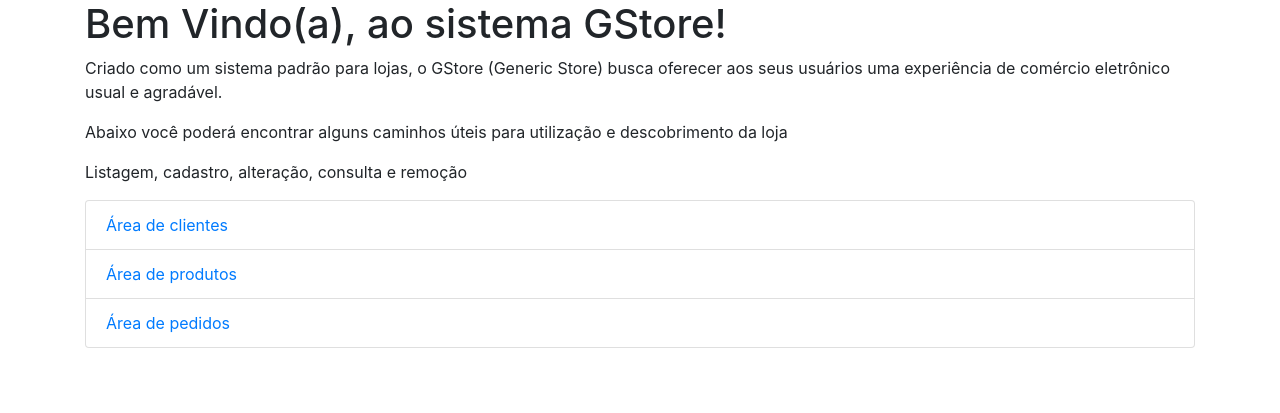
Repository: ElizeusRamos/gstore
Page: GStoreWorkspace/GStoreWeb/WebContent/index.html
These files come from the project's save history. The page is drawn as it stood at one moment and after the next save; the edit follows.
The browser window is 1280 px wide. The pictures show the whole page.

Above is the page before, as saved 2022-05-29 14:07:44.

After the next save:
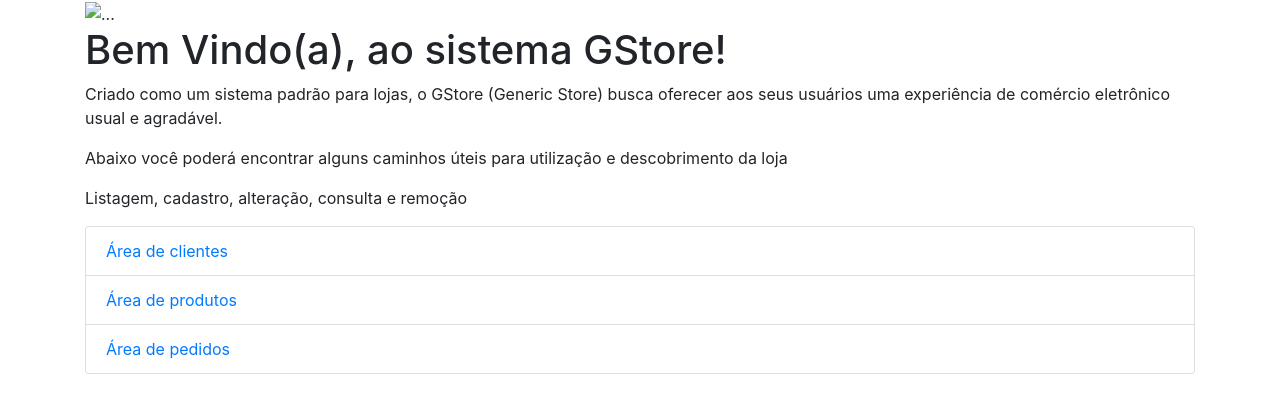
Not found: GStoreWorkspace/GStoreWeb/WebContent/...
Saved 10 min 37 s later.
--- a/GStoreWorkspace/GStoreWeb/WebContent/index.html
+++ b/GStoreWorkspace/GStoreWeb/WebContent/index.html
@@ -12,6 +12,9 @@
 	</head>
 	<body>
 	<div class="container">
+		<div>
+			<img src="..." class="img-fluid" alt="...">
+		</div>
 		<h1>Bem Vindo(a), ao sistema GStore!</h1>
 			<p>
 				Criado como um sistema padrão para lojas, o GStore (Generic Store) busca oferecer aos seus usuários

After the save that followed:
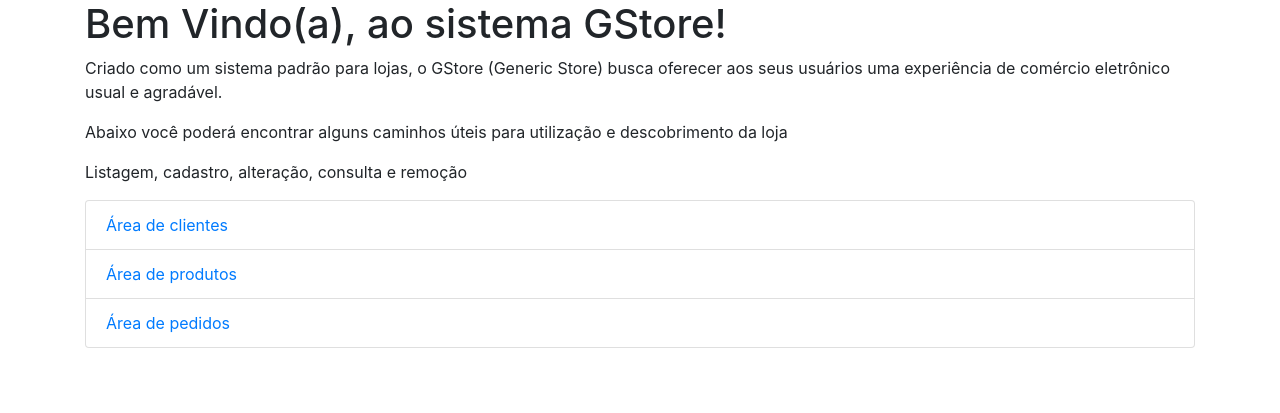
Saved 60 s later.
--- a/GStoreWorkspace/GStoreWeb/WebContent/index.html
+++ b/GStoreWorkspace/GStoreWeb/WebContent/index.html
@@ -12,9 +12,7 @@
 	</head>
 	<body>
 	<div class="container">
-		<div>
-			<img src="..." class="img-fluid" alt="...">
-		</div>
+	<div></div>
 		<h1>Bem Vindo(a), ao sistema GStore!</h1>
 			<p>
 				Criado como um sistema padrão para lojas, o GStore (Generic Store) busca oferecer aos seus usuários
